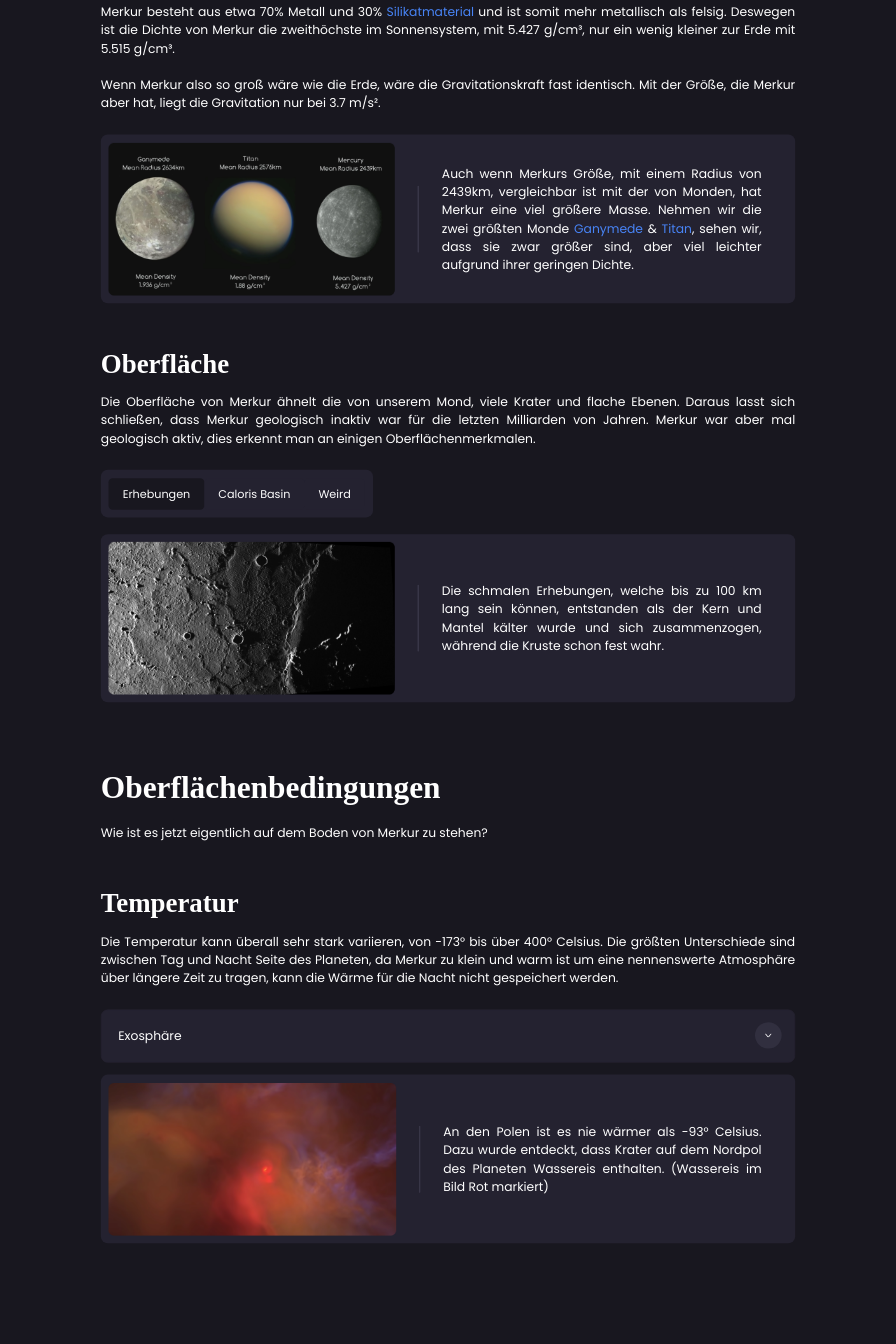
Repository: moreno-livak/solar
Page: dist/html/merkur.html
An editor plug-in stored every save of this project. The page is shown before and after the next save, followed by the edit.
The browser window is 1280 px wide. The pictures show the part of the page from y = 1333 to 3253 px (the page is 3253 px tall), at 70% of full size.
The style sheet was rebuilt from its Sass, Less or Tailwind sources for each picture, by a compiler version that may differ from the author's.

Above is the page before, as saved 2022-05-07 13:36:26.

After the next save:
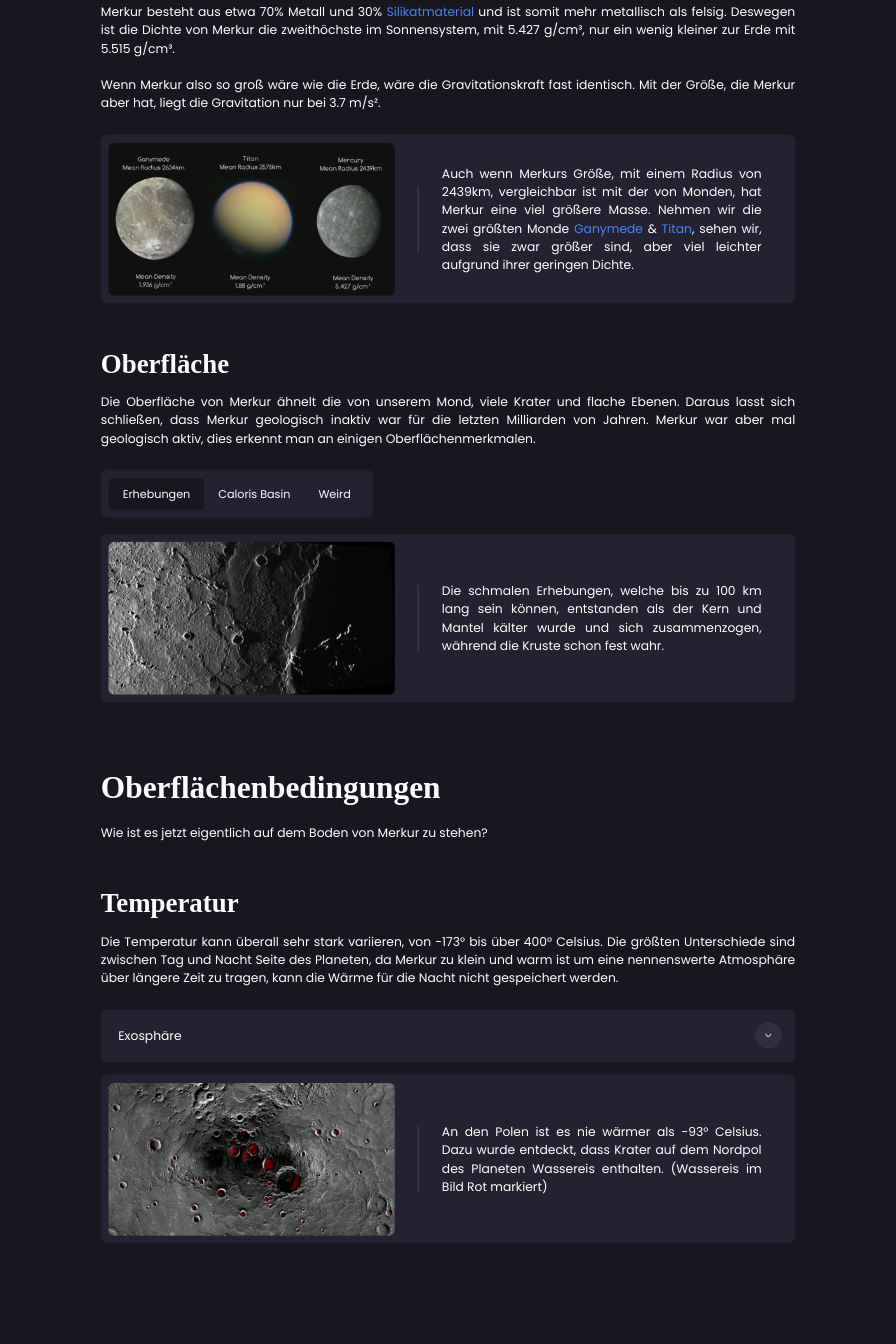
Saved 47 s later.
--- a/dist/html/merkur.html
+++ b/dist/html/merkur.html
@@ -171,7 +171,7 @@
     </div>
 
     <div class="content">
-      <img src="assets/Protostern.png" alt="Protostern">
+      <img src="../assets/Merkur/Wassereis.png" alt="Protostern">
       <div class="vl"></div>
       <p>An den Polen ist es nie wärmer als -93° Celsius. Dazu wurde entdeckt,
         dass Krater auf dem Nordpol des Planeten Wassereis enthalten.
